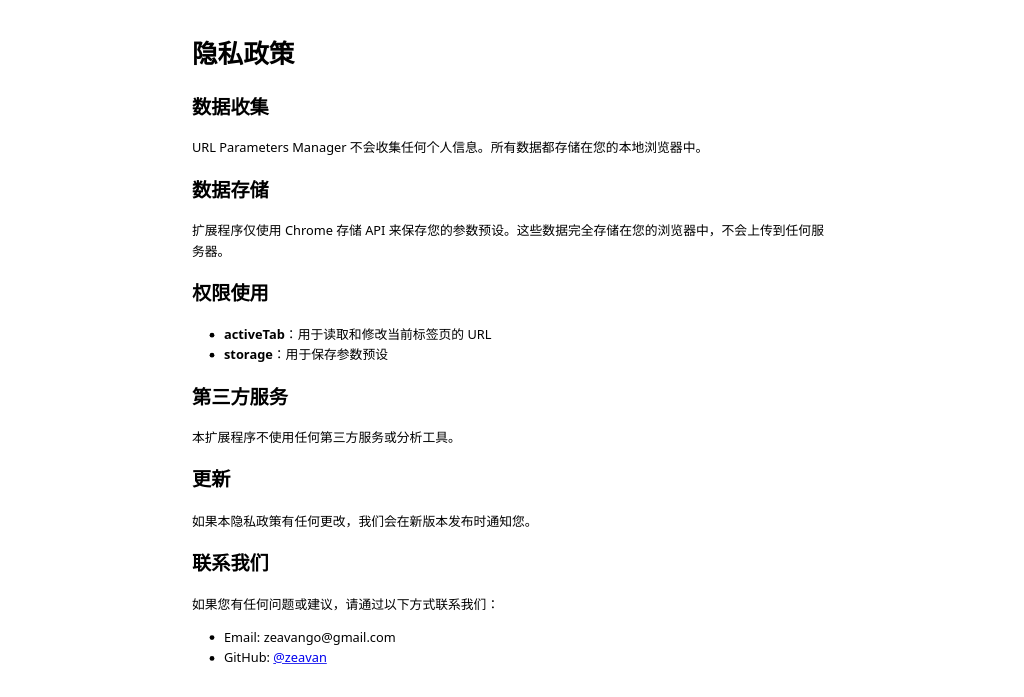
Repository: 826148267/fast-requery
Page: public/privacy.html
The author's editor kept a copy of each file at every save. The page is drawn from the files as they stood at one save, then again after the next save.
The browser window is 1280 px wide. The pictures show the whole page, at 80% of full size.

Above is the page before, as saved 2025-01-19 20:20:59.

### public/privacy.html
<!DOCTYPE html>
<html>
<head>
  <meta charset="UTF-8">
  <title>隐私政策 - URL Parameters Manager</title>
  <style>
    body {
      max-width: 800px;
      margin: 0 auto;
      padding: 20px;
      font-family: system-ui, -apple-system, sans-serif;
      line-height: 1.6;
    }
  </style>
</head>
<body>
  <h1>隐私政策</h1>

  <h2>数据收集</h2>
  <p>URL Parameters Manager 不会收集任何个人信息。所有数据都存储在您的本地浏览器中。</p>

  <h2>数据存储</h2>
  <p>扩展程序仅使用 Chrome 存储 API 来保存您的参数预设。这些数据完全存储在您的浏览器中，不会上传到任何服务器。</p>

  <h2>权限使用</h2>
  <ul>
    <li><strong>activeTab</strong>：用于读取和修改当前标签页的 URL</li>
    <li><strong>storage</strong>：用于保存参数预设</li>
  </ul>

  <h2>第三方服务</h2>
  <p>本扩展程序不使用任何第三方服务或分析工具。</p>

  <h2>更新</h2>
  <p>如果本隐私政策有任何更改，我们会在新版本发布时通知您。</p>

  <h2>联系我们</h2>
  <p>如果您有任何问题或建议，请通过以下方式联系我们：</p>
  <ul>
    <li>Email: zeavango@gmail.com</li>
    <li>GitHub: <a href="https://github.com/826148267">@zeavan</a></li>
  </ul>
</body>
</html>

After the next save:
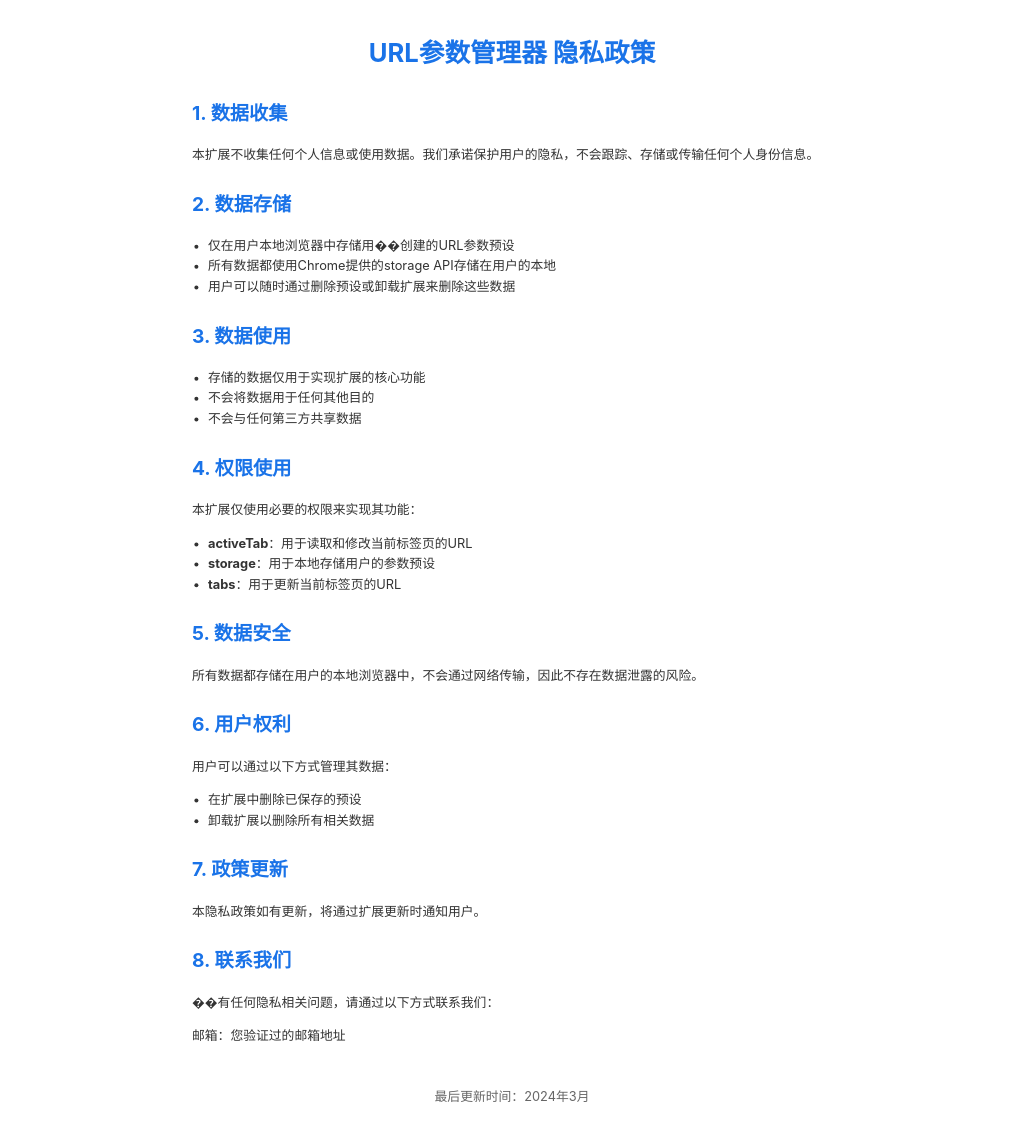
Saved 1 s later.
--- a/public/privacy.html
+++ b/public/privacy.html
@@ -1,44 +1,79 @@
 <!DOCTYPE html>
-<html>
+<html lang="zh-CN">
 <head>
-  <meta charset="UTF-8">
-  <title>隐私政策 - URL Parameters Manager</title>
-  <style>
-    body {
-      max-width: 800px;
-      margin: 0 auto;
-      padding: 20px;
-      font-family: system-ui, -apple-system, sans-serif;
-      line-height: 1.6;
-    }
-  </style>
+    <meta charset="UTF-8">
+    <meta name="viewport" content="width=device-width, initial-scale=1.0">
+    <title>URL参数管理器 - 隐私政策</title>
+    <style>
+        body {
+            font-family: -apple-system, BlinkMacSystemFont, 'Segoe UI', Roboto, Oxygen, Ubuntu, Cantarell, 'Open Sans', 'Helvetica Neue', sans-serif;
+            line-height: 1.6;
+            max-width: 800px;
+            margin: 0 auto;
+            padding: 20px;
+            color: #333;
+        }
+        h1 {
+            text-align: center;
+            color: #1a73e8;
+            margin-bottom: 30px;
+        }
+        h2 {
+            color: #1a73e8;
+            margin-top: 30px;
+        }
+        ul {
+            padding-left: 20px;
+        }
+    </style>
 </head>
 <body>
-  <h1>隐私政策</h1>
+    <h1>URL参数管理器 隐私政策</h1>
 
-  <h2>数据收集</h2>
-  <p>URL Parameters Manager 不会收集任何个人信息。所有数据都存储在您的本地浏览器中。</p>
+    <h2>1. 数据收集</h2>
+    <p>本扩展不收集任何个人信息或使用数据。我们承诺保护用户的隐私，不会跟踪、存储或传输任何个人身份信息。</p>
 
-  <h2>数据存储</h2>
-  <p>扩展程序仅使用 Chrome 存储 API 来保存您的参数预设。这些数据完全存储在您的浏览器中，不会上传到任何服务器。</p>
+    <h2>2. 数据存储</h2>
+    <ul>
+        <li>仅在用户本地浏览器中存储用��创建的URL参数预设</li>
+        <li>所有数据都使用Chrome提供的storage API存储在用户的本地</li>
+        <li>用户可以随时通过删除预设或卸载扩展来删除这些数据</li>
+    </ul>
 
-  <h2>权限使用</h2>
-  <ul>
-    <li><strong>activeTab</strong>：用于读取和修改当前标签页的 URL</li>
-    <li><strong>storage</strong>：用于保存参数预设</li>
-  </ul>
+    <h2>3. 数据使用</h2>
+    <ul>
+        <li>存储的数据仅用于实现扩展的核心功能</li>
+        <li>不会将数据用于任何其他目的</li>
+        <li>不会与任何第三方共享数据</li>
+    </ul>
 
-  <h2>第三方服务</h2>
-  <p>本扩展程序不使用任何第三方服务或分析工具。</p>
+    <h2>4. 权限使用</h2>
+    <p>本扩展仅使用必要的权限来实现其功能：</p>
+    <ul>
+        <li><strong>activeTab</strong>：用于读取和修改当前标签页的URL</li>
+        <li><strong>storage</strong>：用于本地存储用户的参数预设</li>
+        <li><strong>tabs</strong>：用于更新当前标签页的URL</li>
+    </ul>
 
-  <h2>更新</h2>
-  <p>如果本隐私政策有任何更改，我们会在新版本发布时通知您。</p>
+    <h2>5. 数据安全</h2>
+    <p>所有数据都存储在用户的本地浏览器中，不会通过网络传输，因此不存在数据泄露的风险。</p>
 
-  <h2>联系我们</h2>
-  <p>如果您有任何问题或建议，请通过以下方式联系我们：</p>
-  <ul>
-    <li>Email: zeavango@gmail.com</li>
-    <li>GitHub: <a href="https://github.com/826148267">@zeavan</a></li>
-  </ul>
+    <h2>6. 用户权利</h2>
+    <p>用户可以通过以下方式管理其数据：</p>
+    <ul>
+        <li>在扩展中删除已保存的预设</li>
+        <li>卸载扩展以删除所有相关数据</li>
+    </ul>
+
+    <h2>7. 政策更新</h2>
+    <p>本隐私政策如有更新，将通过扩展更新时通知用户。</p>
+
+    <h2>8. 联系我们</h2>
+    <p>��有任何隐私相关问题，请通过以下方式联系我们：</p>
+    <p>邮箱：您验证过的邮箱地址</p>
+
+    <p style="margin-top: 50px; text-align: center; color: #666;">
+        最后更新时间：2024年3月
+    </p>
 </body>
 </html>
